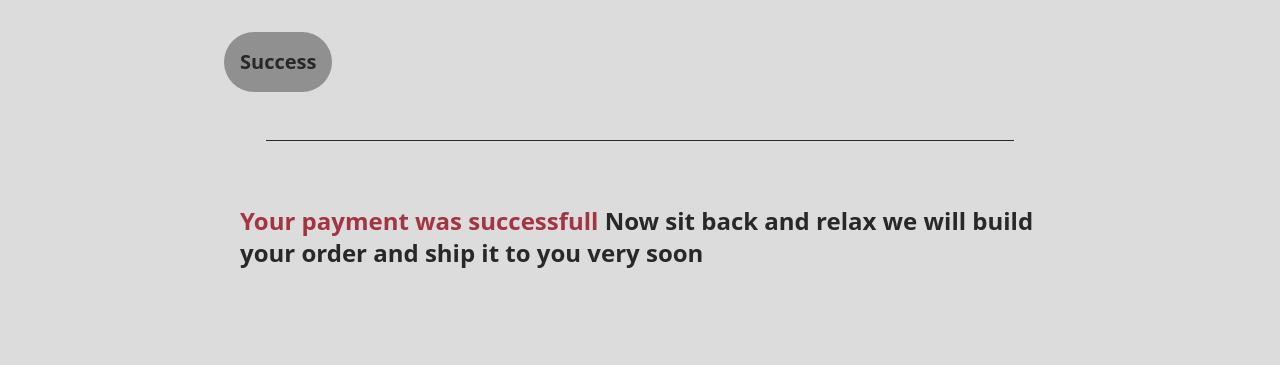
Repository: punitbathija/power-pedal
Page: /success
The author's editor kept a copy of each file at every save. The page is drawn from the files as they stood at one save, then again after the next save.
The browser window is 1280 px wide. The pictures show the whole page.
The project was rebuilt for these pictures with package versions that can differ from the ones it lists, and the page was loaded fresh each time. The framework's server and built-in components were replaced by stand-ins that run in the browser. Also part of the build but not shown: next.config.js.

Above is the page before, as saved 2023-03-08 13:59:31.

### src/app/success/page.js
import React from "react";

function paymentsuccess() {
  return (
    <div className="py-8 lg:mx-56 mx-2 bg-goodwhite text-goodblack">
      <p className="text-center font-semibold lg:text-xl p-4 bg-offwhite w-fit rounded-full">
        Success
      </p>
      <hr className="flex my-12 w-[90%] text-center justify-center m-auto" />
      <p className="font-semibold lg:text-2xl text-xl p-4 my-4">
        <span className="text-goodred text-2xl">
          Your payment was successfull
        </span>{" "}
        Now sit back and relax we will build your order and ship it to you very
        soon
      </p>
    </div>
  );
}

export default paymentsuccess;

### src/app/globals.css
@tailwind base;
@tailwind components;
@tailwind utilities;

body{
    background: #dcdcdc;
}

### tailwind.config.js
/** @type {import('tailwindcss').Config} */
module.exports = {
  content: [
    "./app/**/*.{js,ts,jsx,tsx}",
    "./pages/**/*.{js,ts,jsx,tsx}",
    "./components/**/*.{js,ts,jsx,tsx}",

    // Or if using `src` directory:
    "./src/**/*.{js,ts,jsx,tsx}",
  ],
  theme: {
    colors: {
      offwhite: "#909090",
      transparent: "transparent",
      goodblack: "#282828",
      goodbrown: "#414141",
      goodwhite: "#dcdcdc",
      goodred: "#a33441",
      olivegreen: "#6a7870",
      skin: "#e8dfc8",
      black: "#000000",
    },

    extend: {},
  },
  plugins: [],
};

Loaded but not shown: src/app/layout.js (common file)

After the next save:
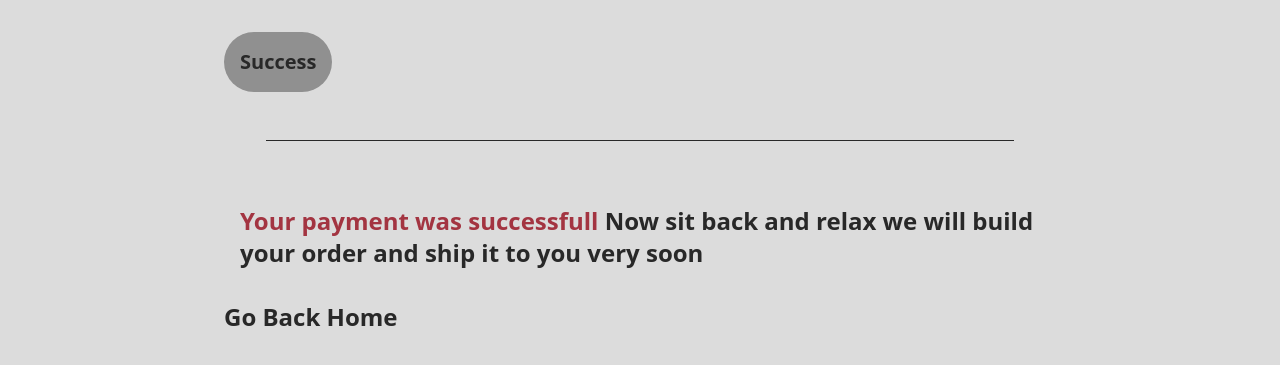
Saved 97 s later.
--- a/src/app/success/page.js
+++ b/src/app/success/page.js
@@ -1,9 +1,10 @@
+import Link from "next/link";
 import React from "react";
 
 function paymentsuccess() {
   return (
     <div className="py-8 lg:mx-56 mx-2 bg-goodwhite text-goodblack">
-      <p className="text-center font-semibold lg:text-xl p-4 bg-offwhite w-fit rounded-full">
+      <p className="font-semibold lg:text-xl p-4 bg-offwhite w-fit rounded-full">
         Success
       </p>
       <hr className="flex my-12 w-[90%] text-center justify-center m-auto" />
@@ -14,6 +15,9 @@ function paymentsuccess() {
         Now sit back and relax we will build your order and ship it to you very
         soon
       </p>
+      <Link>
+        <p className="font-semibold text-2xl p4 my-4">Go Back Home</p>
+      </Link>
     </div>
   );
 }
